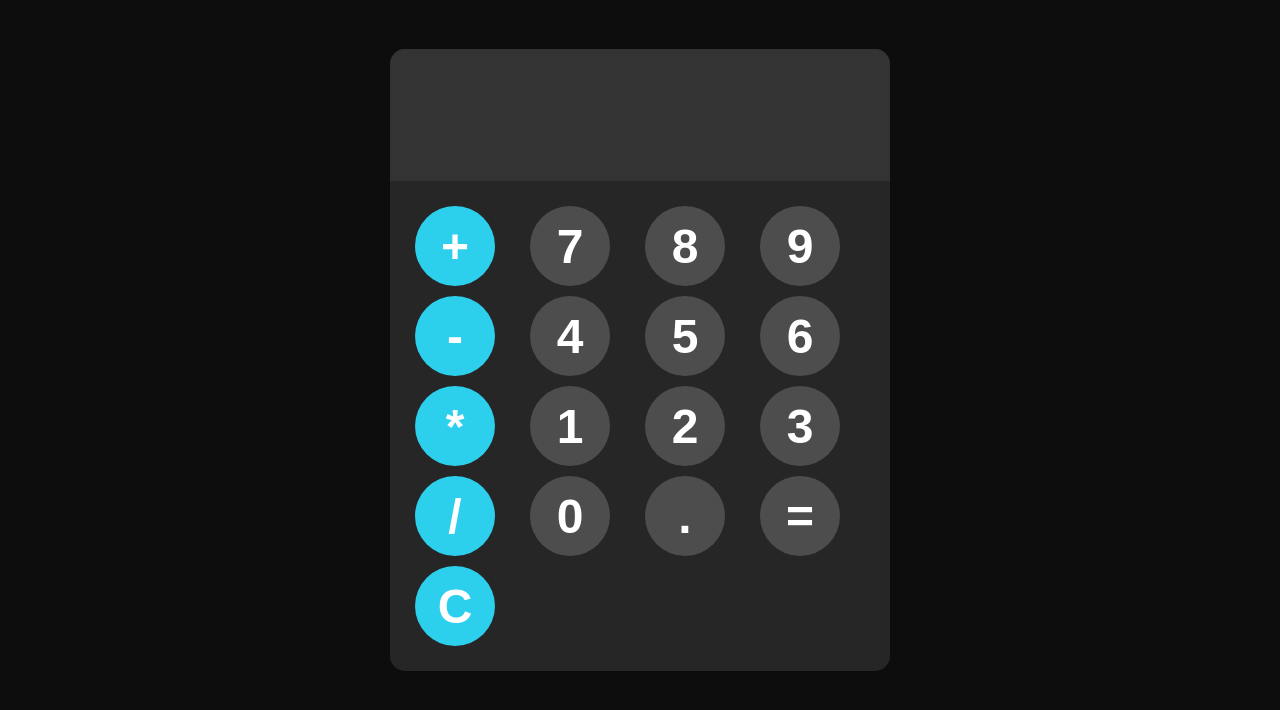
Repository: Haakim19/JavaScript
Page: Calculater/Main.html
The author's editor kept a copy of each file at every save. The page is drawn from the files as they stood at one save, then again after the next save.
The browser window is 1280 px wide. The pictures show the whole page.

Above is the page before, as saved 2024-10-22 22:05:30.

### Calculater/Main.html
<!DOCTYPE html>
<html lang="en">
<head>
    <meta charset="UTF-8">
    <meta name="viewport" content="width=device-width, initial-scale=1.0">
    <title>Calculator</title>
    <link rel="stylesheet" href="Main.css">
</head>
<body>
    <div id="calculator">
        <input id= "display" readonly>
        <div id="keys">
            <button onclick="appentToDisplay('+')" class="operator-btn">+</button>
            <button onclick="appentToDisplay('7')">7</button>
            <button onclick="appentToDisplay('8')">8</button>
            <button onclick="appentToDisplay('9')">9</button>
            <button onclick="appentToDisplay('-')" class="operator-btn">-</button>
            <button onclick="appentToDisplay('4')">4</button>
            <button onclick="appentToDisplay('5')">5</button>
            <button onclick="appentToDisplay('6')">6</button>
            <button onclick="appentToDisplay('*')" class="operator-btn">*</button>
            <button onclick="appentToDisplay('1')">1</button>
            <button onclick="appentToDisplay('2')">2</button>
            <button onclick="appentToDisplay('3')">3</button>
            <button onclick="appentToDisplay('/')" class="operator-btn">/</button>
            <button onclick="appentToDisplay('0')">0</button>
            <button onclick="appentToDisplay('.')" >.</button>
            <button onclick="calculate()" >=</button>
            <button onclick="clearDisplay()" class="operator-btn">C</button>
        </div>
    </div>
<script src="Main.js"></script>
</body>
</html>

### Calculater/Main.css
body{
    margin: 0;
    display: flex;
    justify-content: center;
    align-items: center;
    height: 100vh;
    background-color: hsl(0,0%, 5%);
}
#calculator{
    font-family:sans-serif;
    background-color: hsl(0, 0%, 15%);
    border-radius: 15px;
    max-width: 500px;
    overflow: hidden;
}
#display{
    width: 100%;
    padding: 20px;
    font-size: 5rem;
    border: none;
    text-align: left;
    padding-right: -15px;
    color: white;
    background-color: hsl(0, 0%, 20%);

}
#keys{
    display: grid;
    grid-template-columns: repeat(4, 1fr);
    gap: 10px;
    padding: 25px;
}
button{
    width: 80px;
    height: 80px;
    color: white;
    border-radius: 50px;
    border: none;
    font-size: 3rem;
    background-color: hsl(0, 0%, 30%);
    font-weight: bold;
    cursor: pointer;
}
button:hover{
    background-color: hsl(0, 0%, 40%);
}
button:active{
    background-color: hsl(0, 0%, 50%);
}
.operator-btn{
    background-color: hsl(189, 84%, 55%);
}
.operator-btn:hover{
    background-color: hsl(189, 84%, 65%);
}
.operator-btn:active{
    background-color: hsl(189, 84%, 75%);
}

### Calculater/Main.js
const display = document.getElementById('display');

function appentToDisplay(input){
    display.value += input;
}
function clearDisplay(){
    display.value = '';
}
function calculate(){
    try{
        display.value = eval(display.value);}
    catch{
        display.value = 'Error';
    }

}

After the next save:
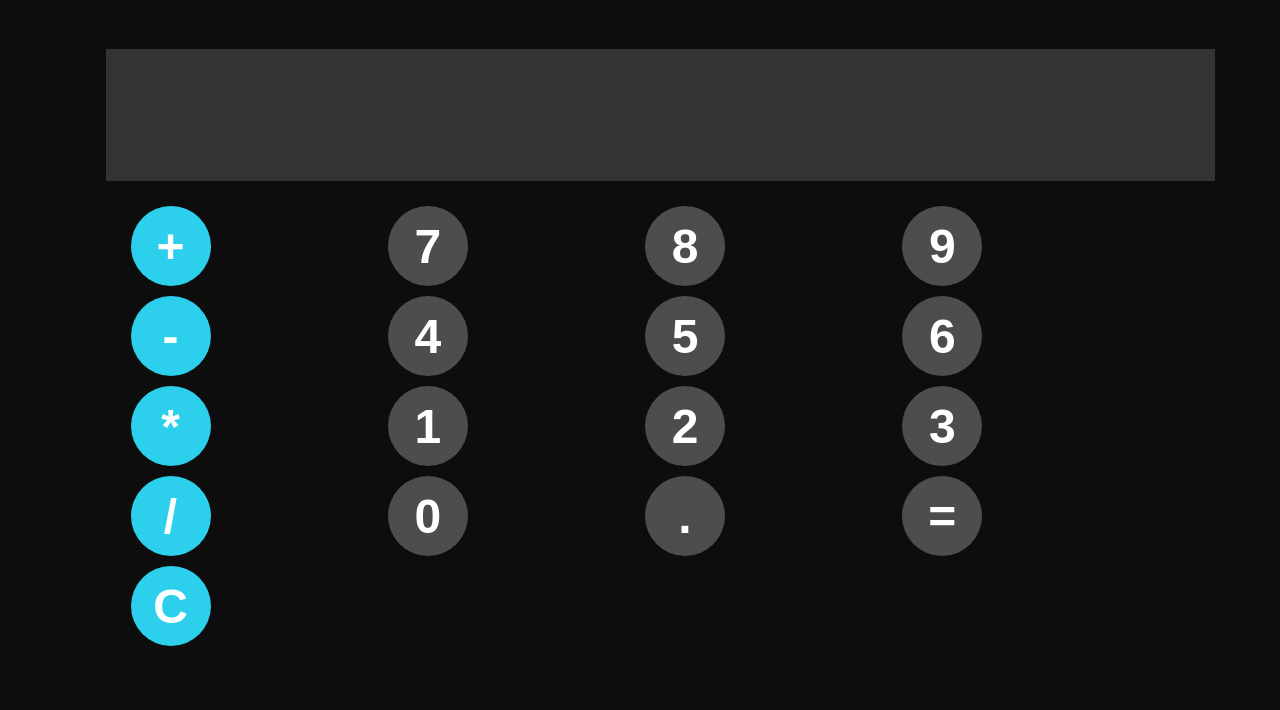
Saved 11 h 4 min later.
--- a/Calculater/Main.css
+++ b/Calculater/Main.css
@@ -6,7 +6,7 @@ body{
     height: 100vh;
     background-color: hsl(0,0%, 5%);
 }
-#calculator{
+#calculator-normal{
     font-family:sans-serif;
     background-color: hsl(0, 0%, 15%);
     border-radius: 15px;

After the save that followed:
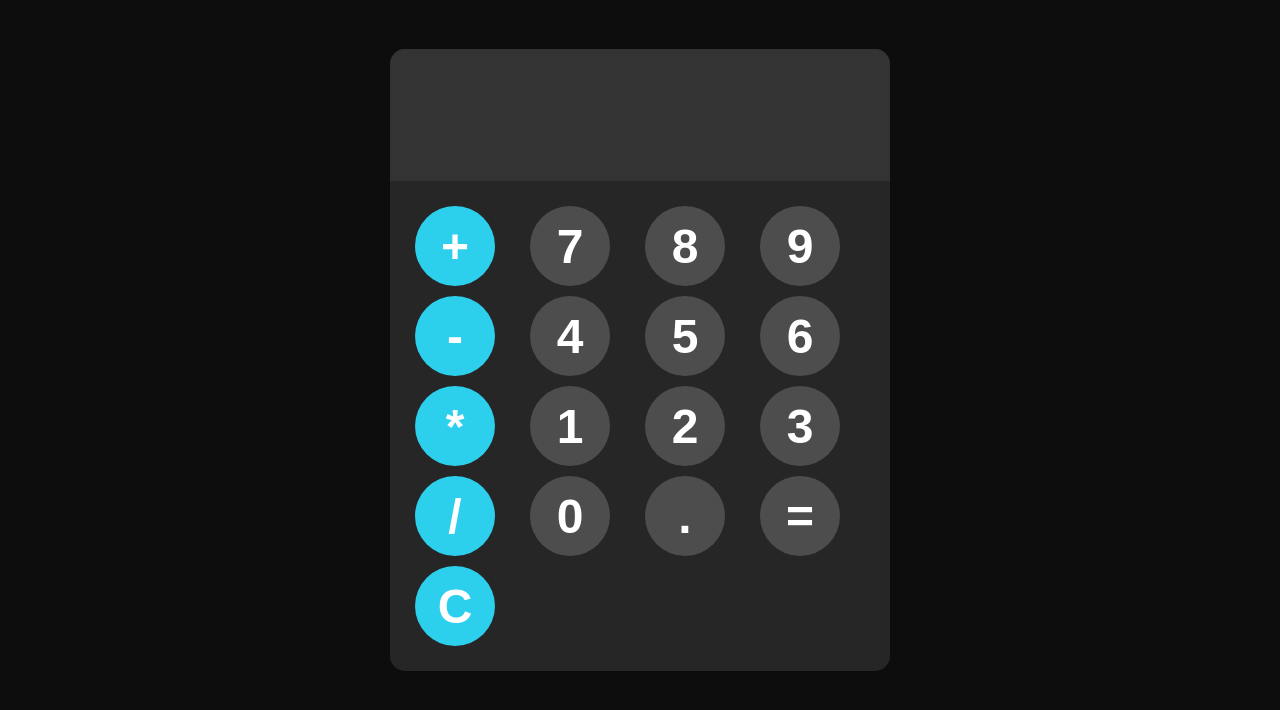
Saved 8 s later.
--- a/Calculater/Main.html
+++ b/Calculater/Main.html
@@ -7,7 +7,7 @@
     <link rel="stylesheet" href="Main.css">
 </head>
 <body>
-    <div id="calculator">
+    <div id="calculator-normal">
         <input id= "display" readonly>
         <div id="keys">
             <button onclick="appentToDisplay('+')" class="operator-btn">+</button>
